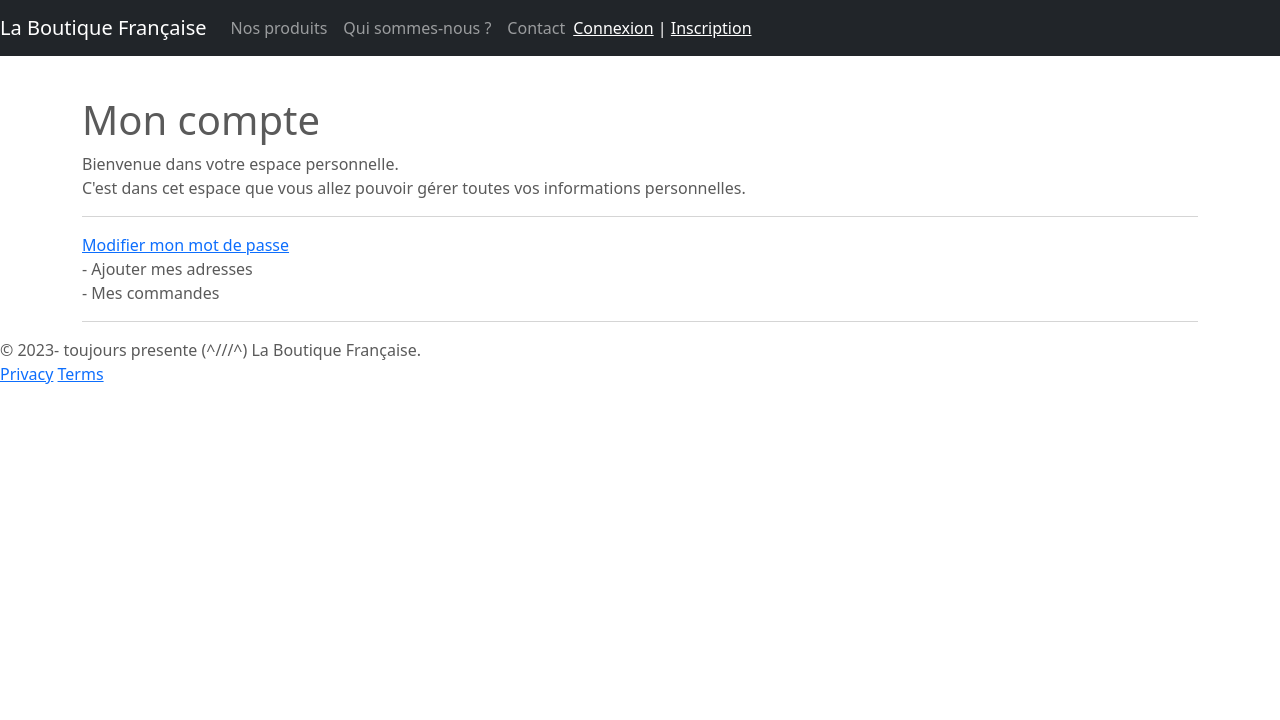
Repository: Coulibaly00180/laboutiquefrancaise
Page: templates/account/index.html.twig
An editor plug-in stored every save of this project. The page is shown before and after the next save, followed by the edit.
The browser window is 1280 px wide. The pictures show the whole page.
The page is a Twig template of a Symfony application; nobody is signed in and links lead nowhere. The template is opened directly, without the code that normally fills it, so the values that code supplies are empty.

Above is the page before, as saved 2023-03-03 17:58:18.

After the next save:
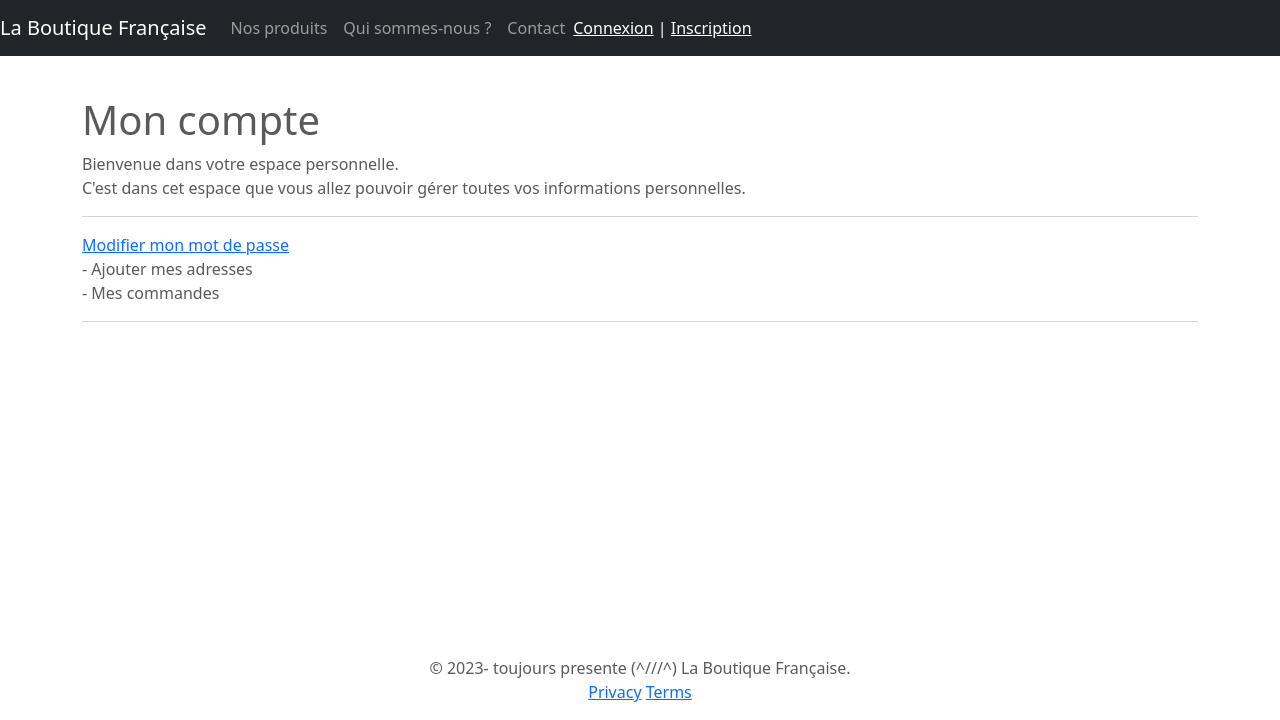
Saved 6 s later.
--- a/public/assets/css/style.css
+++ b/public/assets/css/style.css
@@ -1,12 +1,10 @@
 .navbar-item-custom, .navbar-item-custom a{
     color: #fff;
-};
+}
 
 .footer-custom{
     text-align: center;
     position: absolute;
     bottom: 0;
     width: 100%;
-    background-color: red;
-    color: aqua;
 }

After the save that followed:
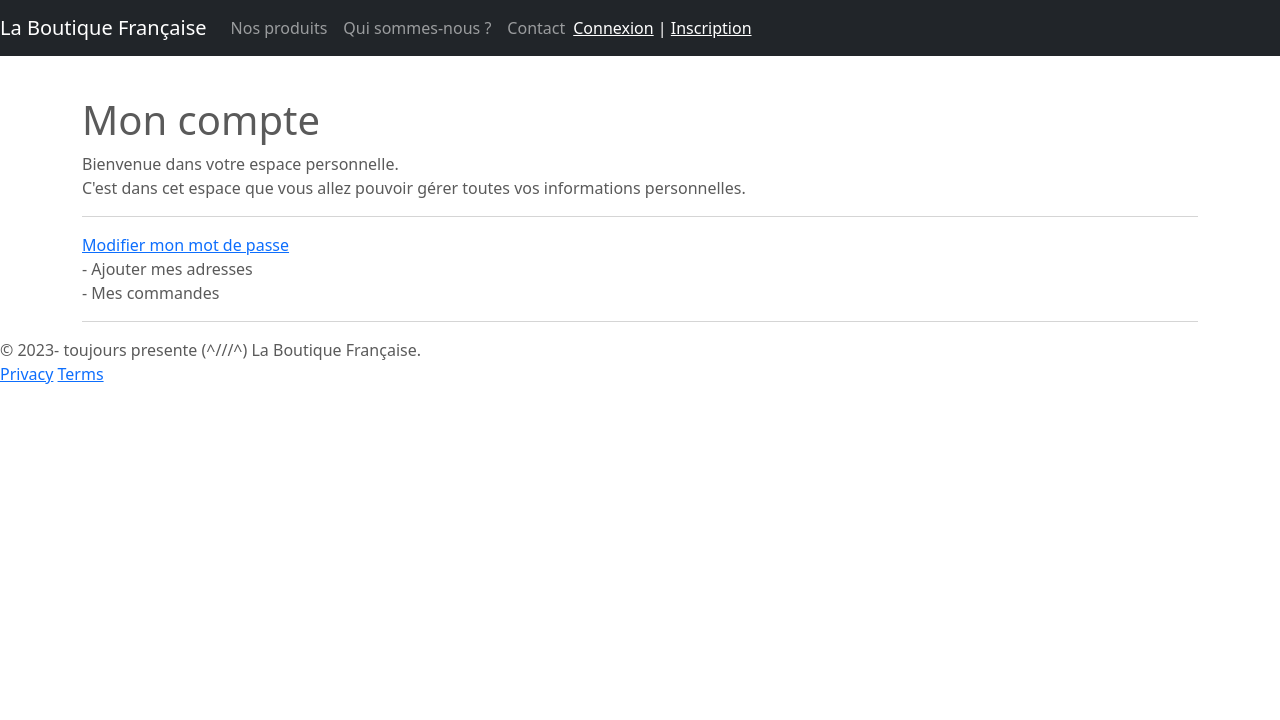
Saved 5 s later.
--- a/public/assets/css/style.css
+++ b/public/assets/css/style.css
@@ -3,8 +3,5 @@
 }
 
 .footer-custom{
-    text-align: center;
-    position: absolute;
-    bottom: 0;
-    width: 100%;
+
 }
